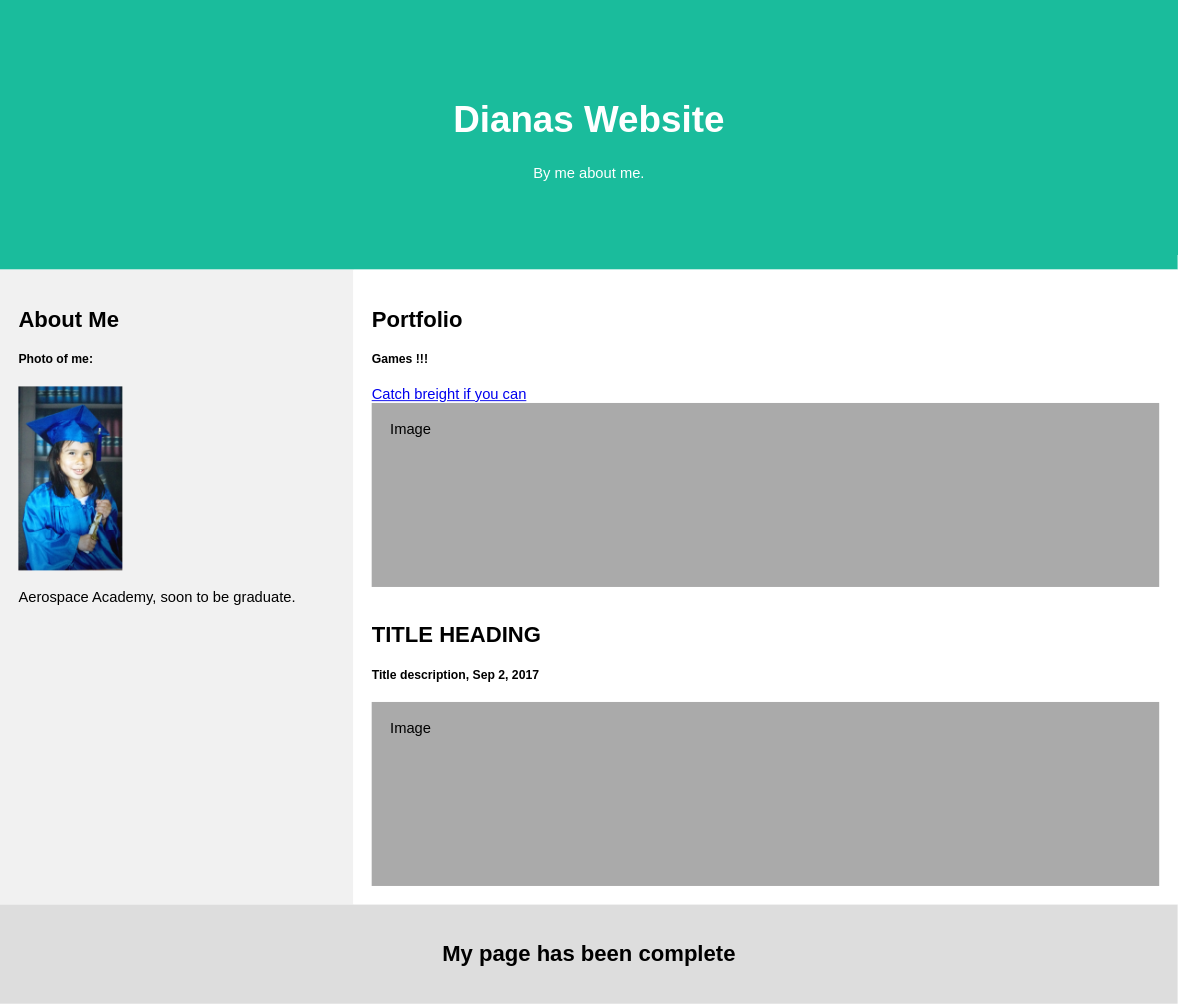
Repository: Divnx2/divnx2.github.io
Page: my_website/project.html
The author's editor kept a record of every edit. The page is drawn from the files as they stood at one moment, then again after the next edit.
The browser window is 1280 px wide. The pictures show the whole page, at 92% of full size.

Above is the page before.

### my_website/project.html
<!DOCTYPE html>
<html lang="en">
<head>
<title>Page Title</title>
<meta charset="UTF-8">
<meta name="viewport" content="width=device-width, initial-scale=1">
<style>
* {
  box-sizing: border-box;
}

/* Style the body */
body {
  font-family: Arial, Helvetica, sans-serif;
  margin: 0;
}

/* Header/logo Title */
.header {
  padding: 80px;
  text-align: center;
  background: #1abc9c;
  color: white;
}

/* Increase the font size of the heading */
.header h1 {
  font-size: 40px;
}

/* Style the top navigation bar */
.navbar {
  overflow: hidden;
  background-color: #333;
}

/* Style the navigation bar links */
.navbar a {
  float: left;
  display: block;
  color: white;
  text-align: center;
  padding: 14px 20px;
  text-decoration: none;
}

/* Right-aligned link */
.navbar a.right {
  float: right;
}

/* Change color on hover */
.navbar a:hover {
  background-color: #ddd;
  color: black;
}

/* Column container */
.row {
  display: -ms-flexbox; /* IE10 */
  display: flex;
  -ms-flex-wrap: wrap; /* IE10 */
  flex-wrap: wrap;
}

/* Create two unequal columns that sits next to each other */
/* Sidebar/left column */
.side {
  -ms-flex: 30%; /* IE10 */
  flex: 30%;
  background-color: #f1f1f1;
  padding: 20px;
}

/* Main column */
.main {
  -ms-flex: 70%; /* IE10 */
  flex: 70%;
  background-color: white;
  padding: 20px;
}

/* Fake image, just for this example */
.fakeimg {
  background-color: #aaa;
  width: 100%;
  padding: 20px;
}

/* Footer */
.footer {
  padding: 20px;
  text-align: center;
  background: #ddd;
}

/* Responsive layout - when the screen is less than 700px wide, make the two columns stack on top of each other instead of next to each other */
@media screen and (max-width: 700px) {
  .row {
    flex-direction: column;
  }
}

/* Responsive layout - when the screen is less than 400px wide, make the navigation links stack on top of each other instead of next to each other */
@media screen and (max-width: 400px) {
  .navbar a {
    float: none;
    width: 100%;
  }
}
</style>
</head>
<body>

<div class="header">
  <h1>Dianas Website</h1>
  <p>By me about me.</p>
</div>

<div class="navbar">
</div>

<div class="row">
  <div class="side">
    <h2>About Me</h2>
    <h5>Photo of me:</h5>
    <img src="images/smallme.jpg" height="200">
    <p>Aerospace Academy, soon to be graduate.</p>
  </div>
  <div class="main">
    <h2>Portfolio</h2>
    <h5>Games !!!</h5>
     <a href="https://scratch.mit.edu/projects/327864544/">Catch breight if you can</a>
    <div class="fakeimg" style="height:200px;">Image</div>
    <br>
    <h2>TITLE HEADING</h2>
    <h5>Title description, Sep 2, 2017</h5>
    <div class="fakeimg" style="height:200px;">Image</div>
  </div>
</div>

<div class="footer">
  <h2>My page has been complete</h2>
</div>

</body>
</html>

After the next edit:
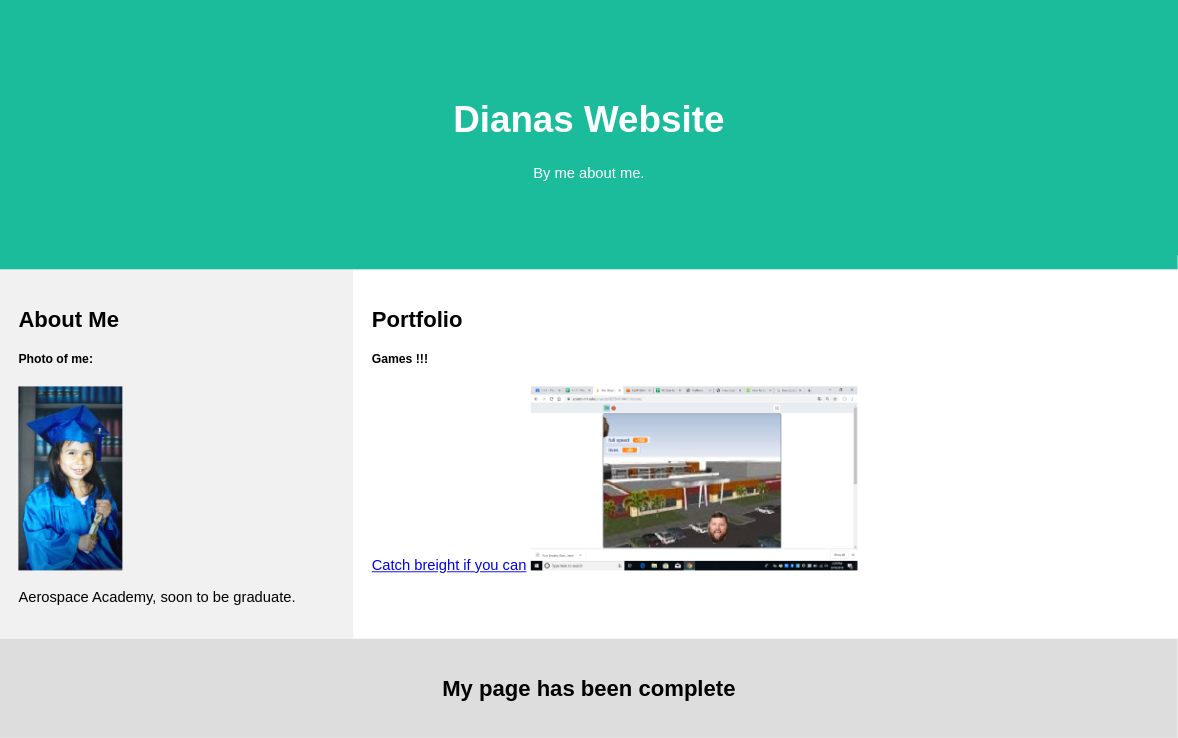
The edit:
--- a/my_website/project.html
+++ b/my_website/project.html
@@ -131,11 +131,8 @@
     <h2>Portfolio</h2>
     <h5>Games !!!</h5>
      <a href="https://scratch.mit.edu/projects/327864544/">Catch breight if you can</a>
-    <div class="fakeimg" style="height:200px;">Image</div>
+    <img src="images/scratch.png" height="200">
     <br>
-    <h2>TITLE HEADING</h2>
-    <h5>Title description, Sep 2, 2017</h5>
-    <div class="fakeimg" style="height:200px;">Image</div>
   </div>
 </div>
 
